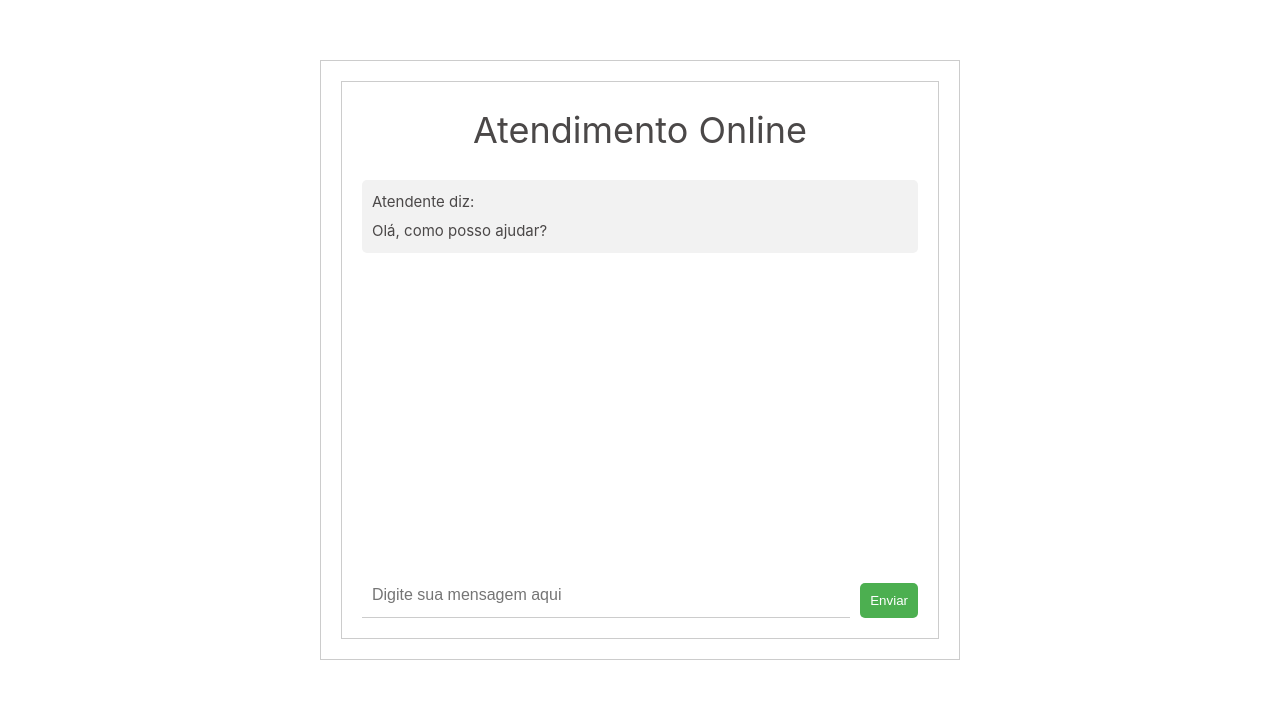
Repository: GabrielGuinzani/vueChat
Page: /
These files come from the project's save history. The page is drawn as it stood at one moment and after the next save; the edit follows.
The browser window is 1280 px wide. The pictures show the whole page.
Some web libraries are served in a nearby version. The project was rebuilt for these pictures with package versions that can differ from the ones it lists, and the page was loaded fresh each time. Also part of the build but not shown: vite.config.js.

Above is the page before, as saved 2023-04-19 12:05:03.

After the next save:
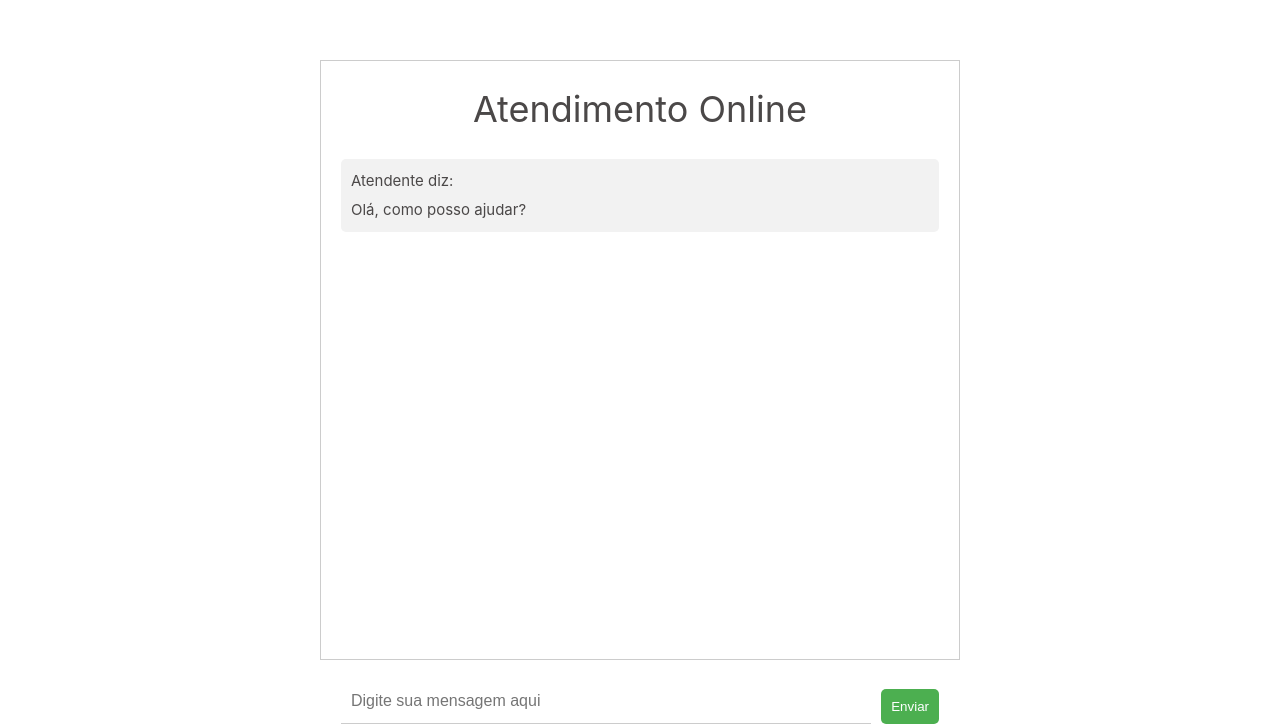
Saved 7 s later.
--- a/src/App.vue
+++ b/src/App.vue
@@ -1,6 +1,6 @@
 
 <template>
-  <div id="chat-screen">
+  <div id="chat-list">
     <div class="titulo">
       <h2>Atendimento Online</h2>
     </div>

After the 2 saves that followed:
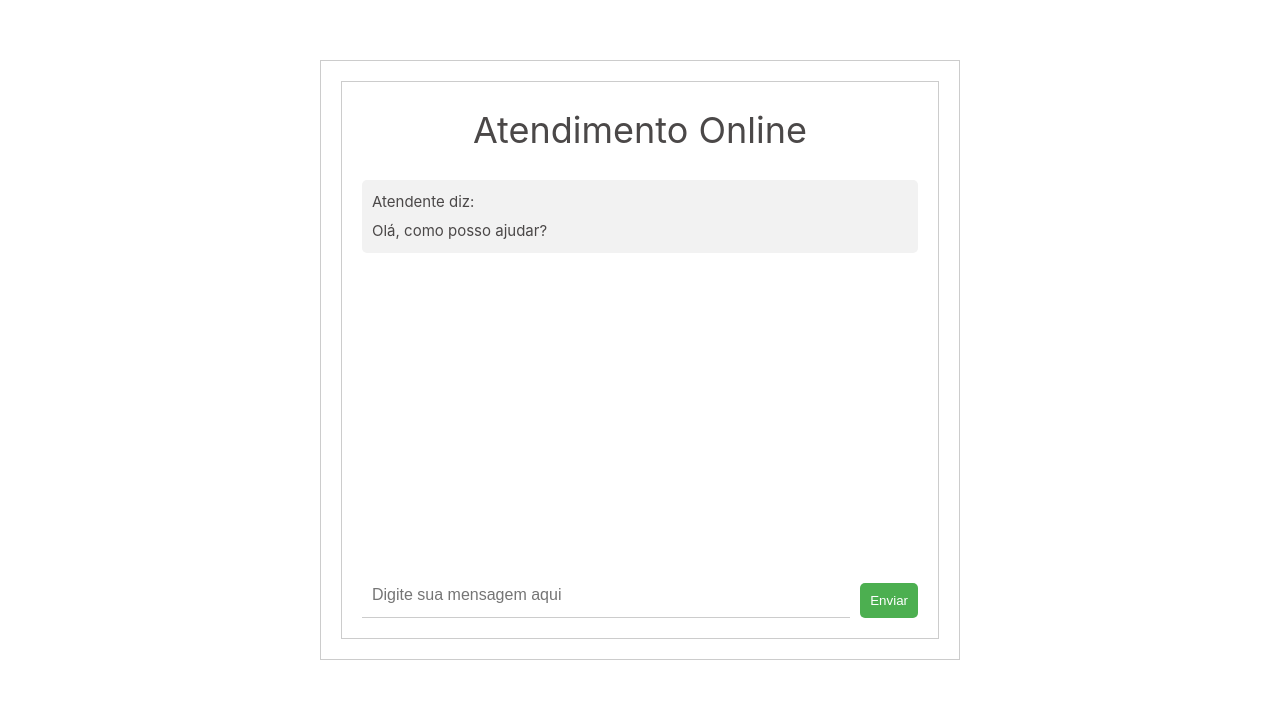
The 2 saves are shown as one change because 1 left the picture as it was.
The last was saved 107 s later.
--- a/src/App.vue
+++ b/src/App.vue
@@ -1,6 +1,6 @@
 
 <template>
-  <div id="chat-list">
+  <div id="chat-screen">
     <div class="titulo">
       <h2>Atendimento Online</h2>
     </div>
